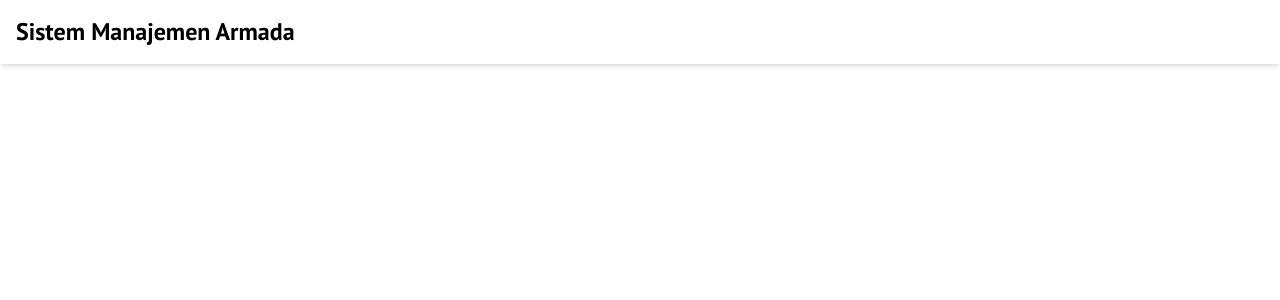
Repository: SyahrulRmd/8973d208-5d3b
Page: /
The author's editor kept a copy of each file at every save. The page is drawn from the files as they stood at one save, then again after a run of saves.
The browser window is 1280 px wide. The pictures show the whole page.
The page's requests for data from a server got no answer. The project was rebuilt for these pictures with package versions that can differ from the ones it lists, and the page was loaded fresh each time. No one was signed in, and anything a server would have sent is missing. Also part of the build but not shown: vite.config.ts, src/components/ui/dialog.tsx, src/components/icons/bus.tsx.

Above is the page before, as saved 2025-07-05 22:01:16.

After the next 2 saves:
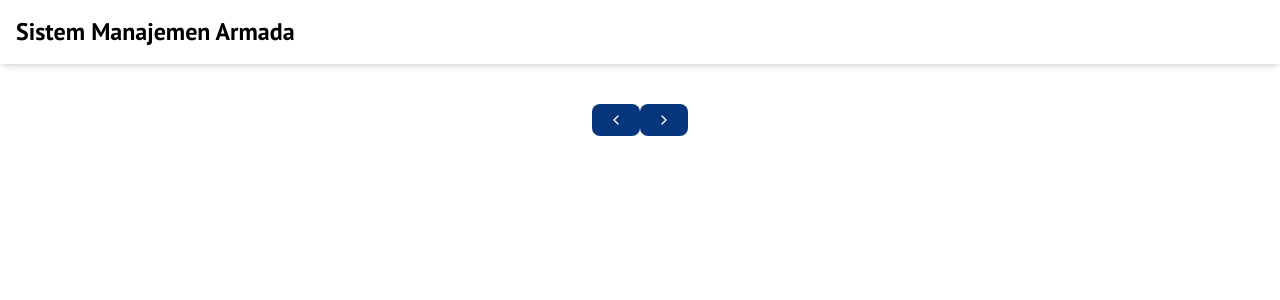
The 2 saves are shown as one change because they came seconds apart.
The last was saved 2 min 13 s later.
--- a/src/App.tsx
+++ b/src/App.tsx
@@ -7,6 +7,7 @@ import Dialog from './components/ui/dialog'
 import Button from './components/ui/button'
 import CustomDialog from './components/ui/dialog'
 import BusIcon from './components/icons/bus'
+import { ChevronLeft, ChevronRight, Plus } from 'lucide-react'
 
 function App() {
   const fields = 'fields[vehicle]=speed,occupancy_status,revenue_status,longitude,latitude,label,direction_id,current_stop_sequence,current_status,carriages,bearing,updated_at'
@@ -27,6 +28,14 @@ function App() {
               <VehicleCard key={index} vehicle={vehicle} />
             </div>
           ))}
+        </div>
+        <div className='flex justify-center'>
+          <Button>
+            <ChevronLeft className='w-4 h-4' />
+          </Button>
+          <Button>
+            <ChevronRight className='w-4 h-4' />
+          </Button>
         </div>
       </section>
     </div>
